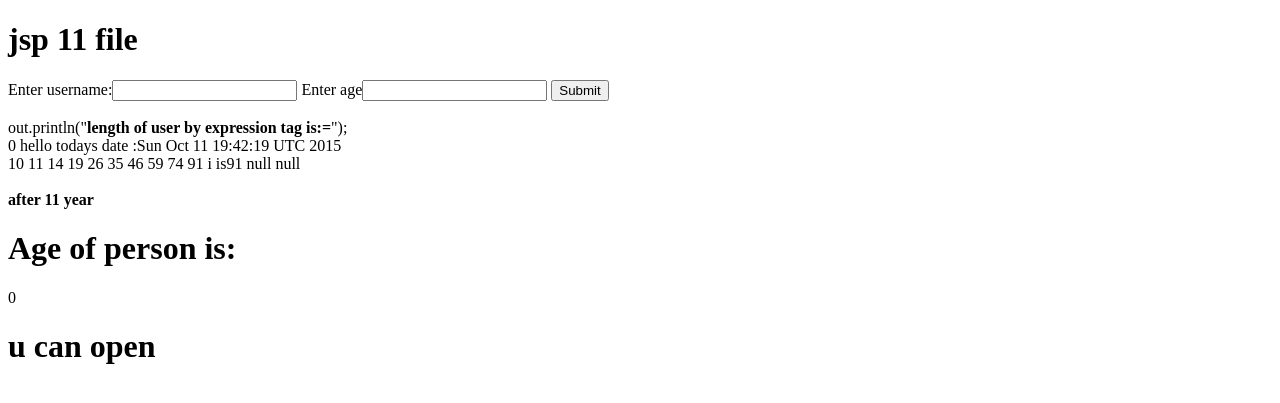
Repository: heenasalim/Java_Script
Page: http://localhost/JsphDemo/jsp11.jsp
An editor plug-in stored every save of this project. The page is shown before and after the next save, followed by the edit.
The browser window is 1280 px wide. The pictures show the whole page.
The page is served by Tomcat 9. Other server files are loaded and not shown. Queries for data that is not in the repository find no rows.

Above is the page before, as saved 2015-10-17 06:17:37.

### JsphDemo/WebContent/jsp11.jsp
<%@ page language="java" contentType="text/html; charset=ISO-8859-1"
    pageEncoding="ISO-8859-1"%>
<!DOCTYPE html PUBLIC "-//W3C//DTD HTML 4.01 Transitional//EN" "http://www.w3.org/TR/html4/loose.dtd">
<html>
<head>
<meta http-equiv="Content-Type" content="text/html; charset=ISO-8859-1">
<title>Insert title here</title>
</head>
<%@taglib  prefix="abc" uri="/WEB-INF/taglib.tld" %>
<%@taglib  prefix="xyz"  uri="/WEB-INF/customtag.tld" %>
<body>
<h1>jsp  11   file</h1>
<form action="jsp11.jsp">
Enter  username:<input type="text"  name="user"  />
Enter  age<input  type="text"   name="age" />
<input  type="submit"  name="signin" />
</form>
<br/>
out.println("<b>length  of  user by  expression  tag is:=</b>");
<br/>
${abc:lengthUser(param.user)}
<xyz:abc> </xyz:abc>
<br/>
<%!  int  i=0;int z; %>
<%
for(i=0; i<10 ; i++)
{
%>
<%= z=i*i+10 %>
<%
}


out.println("i is" + z);

%>

<jsp:useBean id="u"  class="pkforjsp.Usebean11"  scope="request"></jsp:useBean>
<jsp:setProperty  name="u"  property="*" />
<jsp:getProperty  name="u" property="user" />
<jsp:getProperty  name="u" property="age" />
<%
String  k=u.getUser();
%>
<br/>
<br/>
<b> after  11  year </b>
<br/>
<h1>Age  of  person  is:</h1>
${ abc:heena(param.user) }
  <h1> u  can  open</h1>


<br/>
<br/>


 <%--out.println("length  of  username  is" + u.getUser());
<br/>
out.println("  age  after    1  year  is "  + (u.getAge()+1));--%>



</body>
</html>

### JsphDemo/src/pk/demotaglib.java
package pk;

import java.io.IOException;
import java.util.Date;

import javax.servlet.jsp.JspException;
import javax.servlet.jsp.tagext.TagSupport;

public class demotaglib extends TagSupport {

	@Override
	public int doStartTag() throws JspException {
		// TODO Auto-generated method stub
		return super.doStartTag();




	}
@Override
public int doEndTag() throws JspException {
	// TODO Auto-generated method stub
	String  d=new Date().toString();
	try {
		pageContext.getOut().write("hello   todays  date :" + d);
	} catch (IOException e) {
		// TODO Auto-generated catch block
		e.printStackTrace();
	}

return EVAL_PAGE;




}
}

### JsphDemo/src/pk/expressionlanguage.java
package pk;

import java.sql.DriverManager;
import java.sql.PreparedStatement;
import java.sql.ResultSet;

import javax.servlet.jsp.PageContext;

import com.sun.corba.se.pept.transport.Connection;

public class expressionlanguage {

	public  static  int  lengthUser(String  x)
	{


		return  x.length();
	}


	public   static void  ageAfter1year()
	{

	}

}

### JsphDemo/src/pk/oracle.java
package pk;
import java.sql.Connection;
import java.sql.Driver;
import java.sql.DriverManager;
import java.sql.PreparedStatement;
import java.sql.ResultSet;
import java.sql.SQLException;

import javax.servlet.jsp.PageContext;


public class oracle{


	static Connection con=null;
	public  static  int  heena(String  user)   throws SQLException
	{
	try
	{
	Class.forName("oracle.jdbc.driver.OracleDriver");
	System.out.println("class  found");
	System.out.println("class  found");
    con=DriverManager.getConnection("jdbc:oracle:thin:@localhost:1521:xe","system","java");
	System.out.println("connection  got");
	java.sql.Statement stmt=con.createStatement();
	ResultSet rs=stmt.executeQuery("select * from heena1");
	while(rs.next())
	{
	 System.out.println(rs.getInt(1)+"  "+rs.getString(2));
    if(user.equals(rs.getString(2)))
    {
    	  System.out.println("correct  user");
     }
	}
//	 PreparedStatement  psmt=con.prepareStatement("insert  into heena1  values(? ?)");
//	 psmt.setInt(1,1);
//	 psmt.setString(2, "abc");
//	  System.out.println("table  craeted  inserted ");
//	 int  i=psmt.executeUpdate();
//	 System.out.println("table  crated" + i);
	  }
	catch(Exception  e)
	{
	e.printStackTrace();
	}
	return 0;

	}
}

### JsphDemo/src/pkforjsp/Usebean11.java
package pkforjsp;

public class Usebean11 {

	String  user,age;
	public String getUser() {
		return user;
	}

	public void setUser(String user) {
		this.user = user;
	}


	public String getAge() {
		return age;
	}

	public void setAge(String age) {
		this.age = age;
	}


}

After the next save:
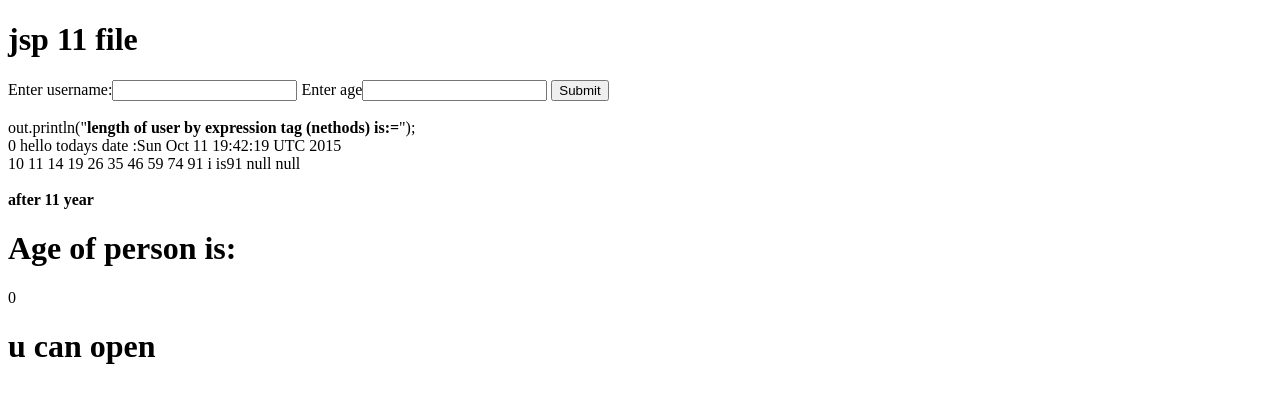
Saved 5 s later.
--- a/JsphDemo/WebContent/jsp11.jsp
+++ b/JsphDemo/WebContent/jsp11.jsp
@@ -16,7 +16,7 @@ Enter  age<input  type="text"   name="age" />
 <input  type="submit"  name="signin" />
 </form>
 <br/>
-out.println("<b>length  of  user by  expression  tag is:=</b>");
+out.println("<b>length  of  user by  expression  tag (nethods) is:=</b>");
 <br/>
 ${abc:lengthUser(param.user)}
 <xyz:abc> </xyz:abc>
